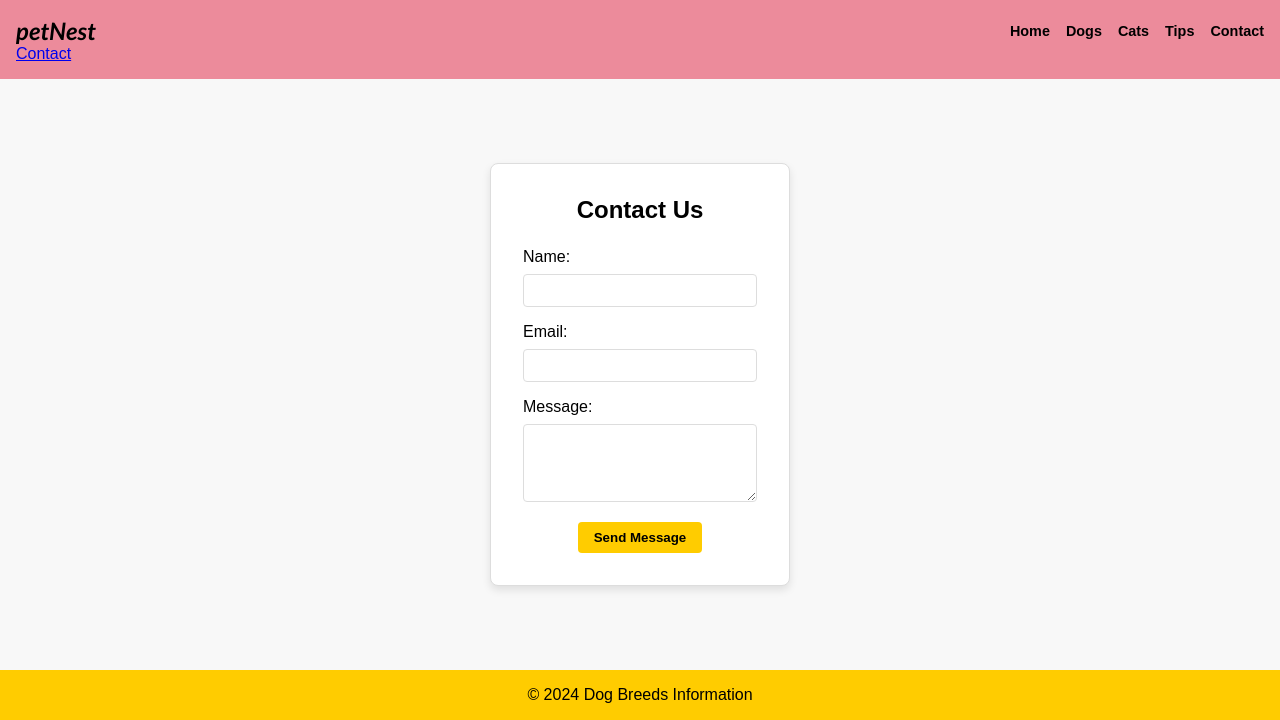
Repository: SHAHZADcodr/pet_care
Page: pages/contact.html
The author's editor kept a copy of each file at every save. The page is drawn from the files as they stood at one save, then again after the next save.
The browser window is 1280 px wide. The pictures show the whole page.

Above is the page before, as saved 2024-11-04 23:35:00.

After the next save:
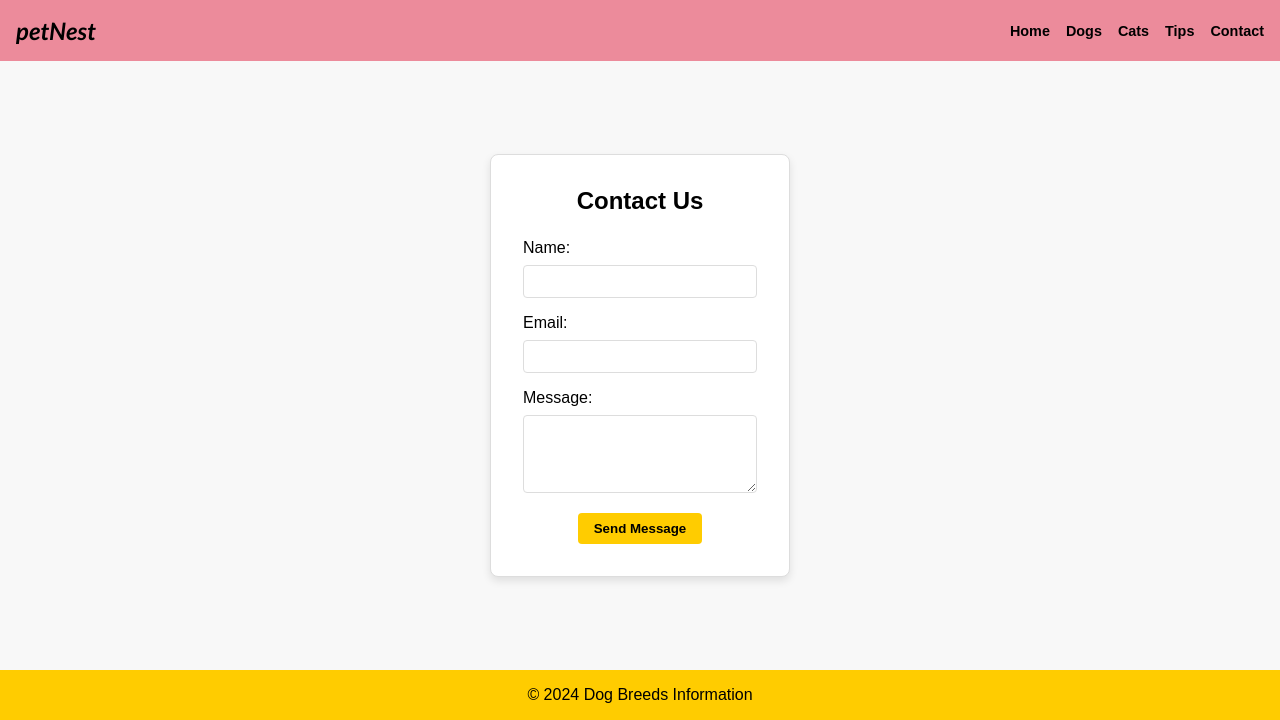
Saved 7 s later.
--- a/pages/contact.html
+++ b/pages/contact.html
@@ -16,17 +16,6 @@
          <li><a href="cat.html">Cats</a></li>
          <li><a href="tips.html">Tips</a></li>
          <li><a href="contact.html" id="you">Contact</a></li>
-     </ul>
- </nav>
-     <h1
-i></h1>
-     <ul
-
-
-
-
-         <li><a href="contact.html"
-id="you">Contact</a></li>
      </ul>
  </nav>
     </header>
